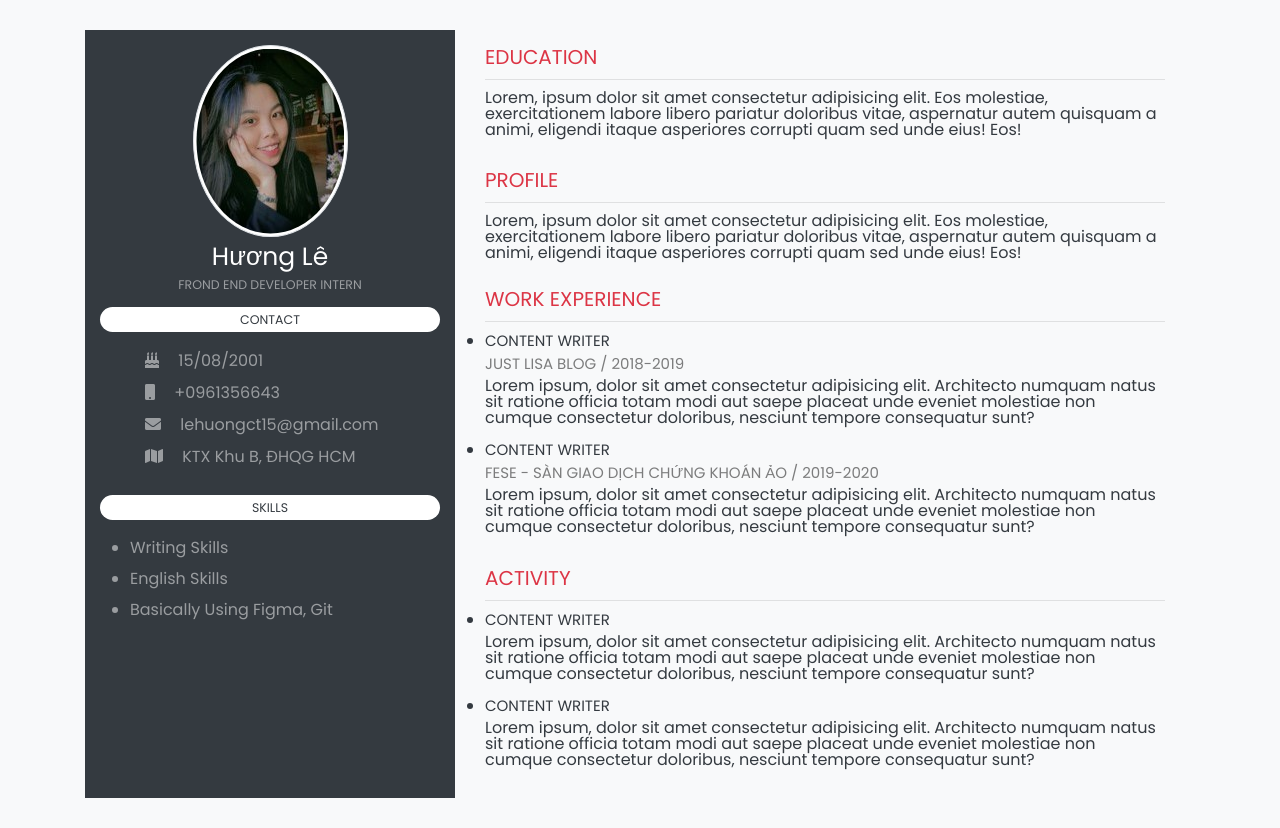
Repository: huongle158/cvhuongle
Page: index.html
These files come from the project's save history. The page is drawn as it stood at one moment and after the next save; the edit follows.
The browser window is 1280 px wide. The pictures show the whole page.
Some web libraries are served in a nearby version.

Above is the page before, as saved 2021-12-12 23:55:09.

After the next save:
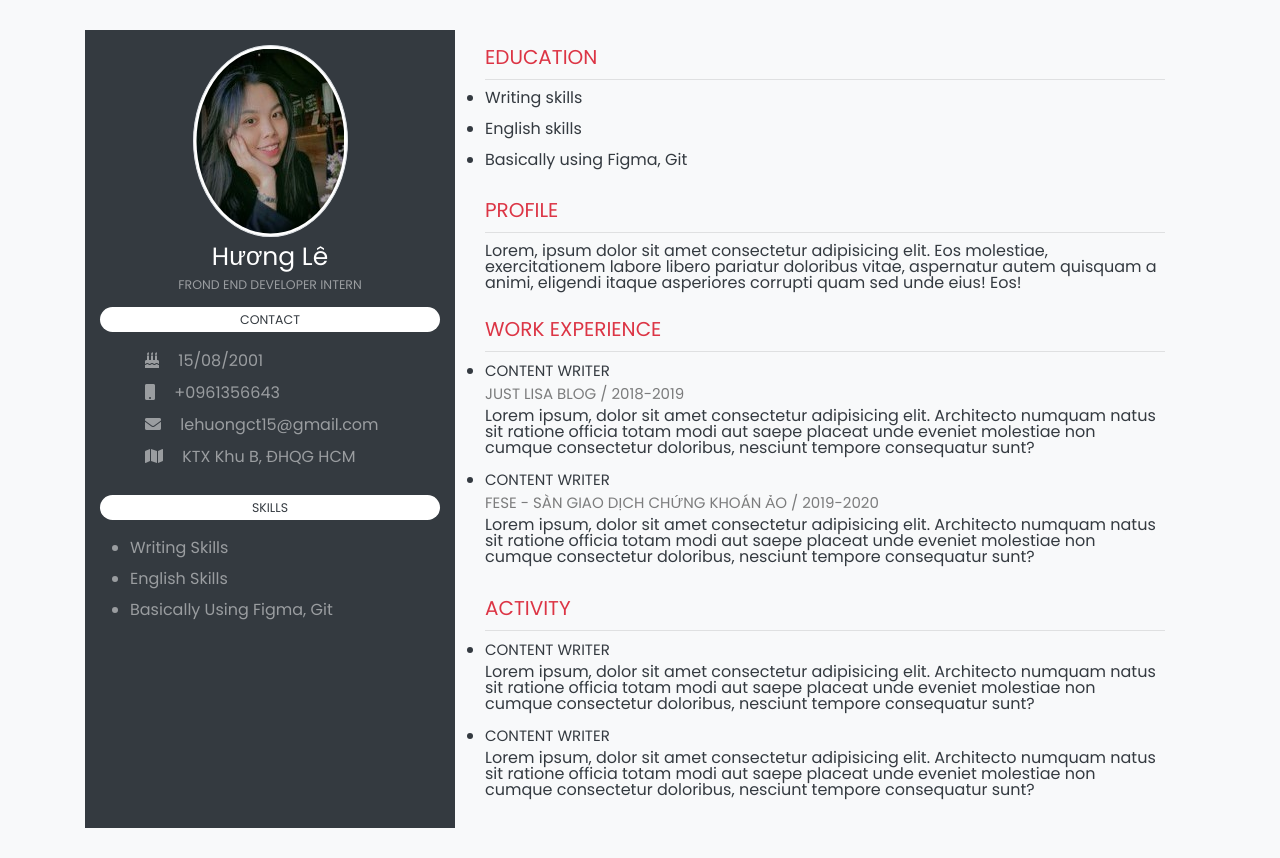
Saved 31 s later.
--- a/index.html
+++ b/index.html
@@ -76,7 +76,12 @@
              <div class="header-right mb-5">
                 <h2 class="text-uppercase text-danger">Education</h2>
                 <hr>
-                <p>Lorem, ipsum dolor sit amet consectetur adipisicing elit. Eos molestiae, exercitationem labore libero pariatur doloribus vitae, aspernatur autem quisquam a animi, eligendi itaque asperiores corrupti quam sed unde eius! Eos!</p>
+                 <ul class="list">
+                <li class="list-item mb-4">Writing skills</li>
+                <li class="list-item mb-4">English skills</li>
+                <li class="list-item mb-4">Basically using Figma, Git</li>
+              </ul>
+
 
             </div>
             <div class="header-right">
